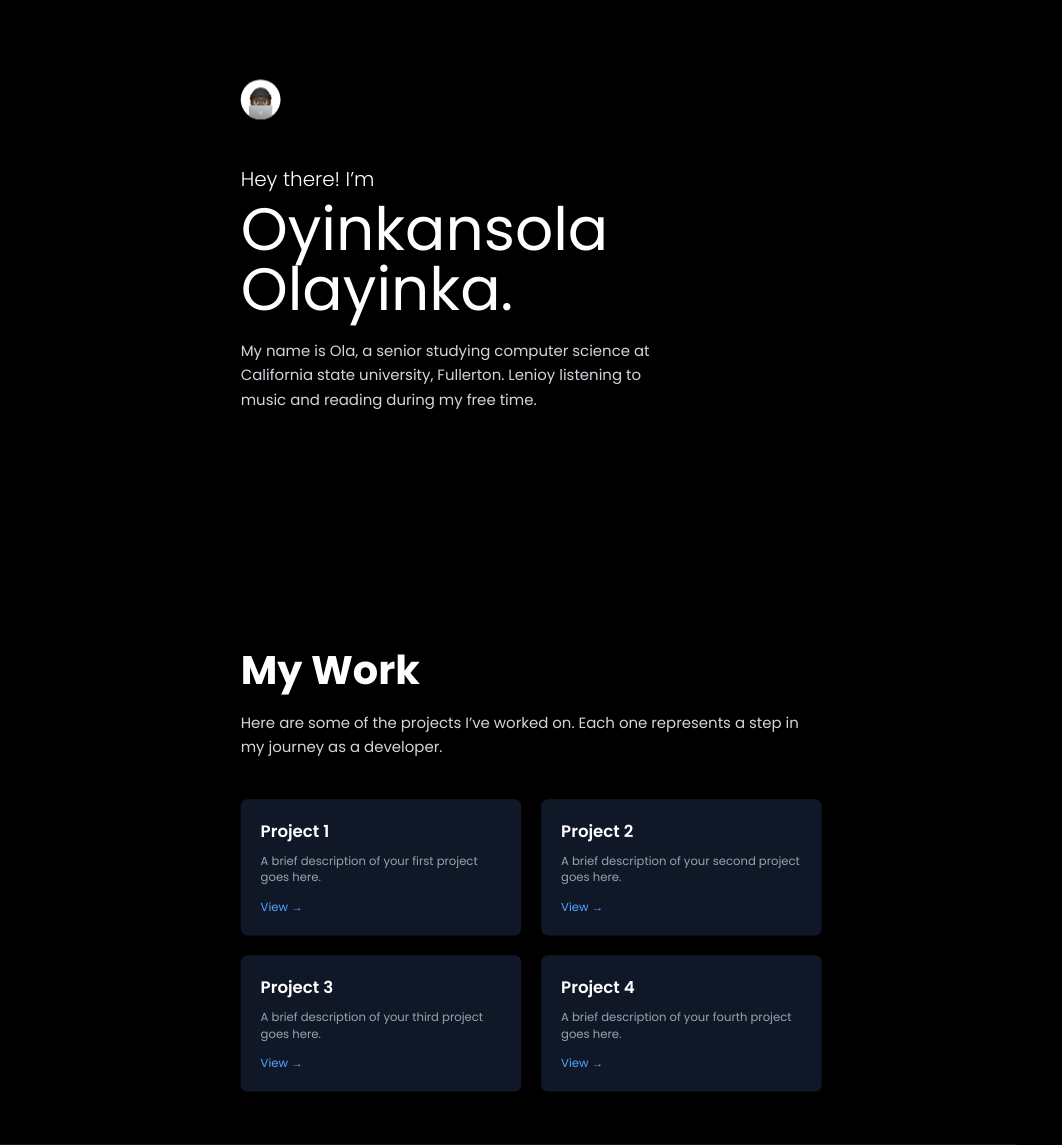
Repository: olasores/olasores-portfolio
Page: /
An editor plug-in stored every save of this project. The page is shown before and after the next save, followed by the edit.
The browser window is 1280 px wide. The pictures show the whole page, at 83% of full size.
The project was rebuilt for these pictures with package versions that can differ from the ones it lists, and the page was loaded fresh each time. The framework's server and built-in components were replaced by stand-ins that run in the browser. Also part of the build but not shown: next.config.ts.

Above is the page before, as saved 2025-11-11 12:46:16.

### app/layout.tsx
import type { Metadata } from "next";
import { Poppins } from "next/font/google";
import "./globals.css";
import Navbar from "./components/Navbar";

const poppins = Poppins({
  variable: "--font-poppins",
  weight: ["300", "400", "500", "600", "700"],
  subsets: ["latin"],
});

export const metadata: Metadata = {
  title: "Create Next App",
  description: "Generated by create next app",
};

export default function RootLayout({
  children,
}: Readonly<{
  children: React.ReactNode;
}>) {
  return (
    <html lang="en">
      <body
        className={`${poppins.variable} antialiased`}
      >
        <Navbar />
        {children}
      </body>
    </html>
  );
}

### app/page.tsx
import HomeSection from "./components/HomeSection";
import Portfolio from "./components/Portfolio";

export default function Home() {
  return (
    <div className="flex flex-col bg-black">
      <HomeSection />
      <Portfolio />
    </div>
  );
}

### app/globals.css
@import "tailwindcss";

* {
  font-family: 'Poppins', sans-serif;
}

:root {
  --background: #ffffff;
  --foreground: #171717;
}

@media (prefers-color-scheme: dark) {
  :root {
    --background: #0a0a0a;
    --foreground: #ededed;
  }
}

body {
  background: var(--background);
  color: var(--foreground);
}

### app/components/Navbar.tsx
export default function Navbar() {
    return (
        <nav className="fixed top-20 left-0 right-0 bg-black/80 backdrop-blur-sm px-6 py-4 z-50 flex justify-center">
            <div className="max-w-[700px] w-full flex items-center justify-between">
                {/* Logo */}
                <div className="relative w-12 h-12 rounded-full bg-white overflow-hidden flex items-center justify-center">
                    <img
                        src="/assets/olaimg2.webp"
                        alt="Oyinkansola Olayinka Logo"
                        className="w-full h-full object-cover"
                    />
                </div>

                {/* Links */}
                {/* <div className="flex gap-8 text-white">
                    <a href="#" className="hover:text-gray-400 transition">
                        Github ↗
                    </a>
                    <a href="#" className="hover:text-gray-400 transition">
                        linkedin ↗
                    </a>
                    <a href="#" className="hover:text-gray-400 transition">
                        Resume ↗
                    </a>
                </div> */}
            </div>
        </nav>
    );
}

### app/components/HomeSection.tsx


export default function HomeSection() {
    return (
        <div className="flex min-h-screen justify-center bg-black font-sans dark:bg-black px-6 py-5 pt-50">
            <div className="max-w-[700px] w-full flex flex-col gap-12">
                {/* Text content */}
                <div className="flex flex-col gap-6 items-center md:items-start">
                    <div>
                        <h2 className="text-xl md:text-2xl font-light text-white mb-2">
                            Hey there! I&rsquo;m
                        </h2>
                        <h1 className="text-5xl md:text-7xl  text-white">
                            Oyinkansola Olayinka.
                        </h1>
                    </div>

                    <p className="text-base md:text-lg text-gray-300 leading-relaxed max-w-lg">
                        My name is Ola, a senior studying computer science at California state university, Fullerton. Lenioy listening to music and reading during my free time.
                    </p>

                    {/* Links */}
                    {/* <div className="flex gap-6 text-lg md:text-xl text-white">
                        <a href="#" className="hover:text-gray-400 transition">
                            Github ↗
                        </a>
                        <a href="#" className="hover:text-gray-400 transition">
                            linkedin ↗
                        </a>
                        <a href="#" className="hover:text-gray-400 transition">
                            Resume ↗
                        </a>
                    </div> */}
                </div>
            </div>
        </div>
    );
}

### app/components/Portfolio.tsx
export default function Portfolio() {
    return (
        <div className="flex justify-center bg-black font-sans dark:bg-black px-6 py-16">
            <div className="max-w-[700px] w-full flex flex-col gap-12">
                {/* Section Title */}
                <div className="flex flex-col gap-6">
                    <h2 className="text-4xl md:text-5xl font-bold text-white">
                        My Work
                    </h2>
                    <p className="text-base md:text-lg text-gray-300 leading-relaxed">
                        Here are some of the projects I&rsquo;ve worked on. Each one represents a step in my journey as a developer.
                    </p>
                </div>

                {/* Projects Grid */}
                <div className="grid grid-cols-1 md:grid-cols-2 gap-6">
                    {/* Project Card 1 */}
                    <div className="bg-gray-900 rounded-lg p-6 hover:bg-gray-800 transition">
                        <h3 className="text-xl font-semibold text-white mb-3">
                            Project 1
                        </h3>
                        <p className="text-gray-400 text-sm mb-4">
                            A brief description of your first project goes here.
                        </p>
                        <div className="flex gap-2">
                            <a href="#" className="text-blue-400 hover:text-blue-300 text-sm">
                                View →
                            </a>
                        </div>
                    </div>

                    {/* Project Card 2 */}
                    <div className="bg-gray-900 rounded-lg p-6 hover:bg-gray-800 transition">
                        <h3 className="text-xl font-semibold text-white mb-3">
                            Project 2
                        </h3>
                        <p className="text-gray-400 text-sm mb-4">
                            A brief description of your second project goes here.
                        </p>
                        <div className="flex gap-2">
                            <a href="#" className="text-blue-400 hover:text-blue-300 text-sm">
                                View →
                            </a>
                        </div>
                    </div>

                    {/* Project Card 3 */}
                    <div className="bg-gray-900 rounded-lg p-6 hover:bg-gray-800 transition">
                        <h3 className="text-xl font-semibold text-white mb-3">
                            Project 3
                        </h3>
                        <p className="text-gray-400 text-sm mb-4">
                            A brief description of your third project goes here.
                        </p>
                        <div className="flex gap-2">
                            <a href="#" className="text-blue-400 hover:text-blue-300 text-sm">
                                View →
                            </a>
                        </div>
                    </div>

                    {/* Project Card 4 */}
                    <div className="bg-gray-900 rounded-lg p-6 hover:bg-gray-800 transition">
                        <h3 className="text-xl font-semibold text-white mb-3">
                            Project 4
                        </h3>
                        <p className="text-gray-400 text-sm mb-4">
                            A brief description of your fourth project goes here.
                        </p>
                        <div className="flex gap-2">
                            <a href="#" className="text-blue-400 hover:text-blue-300 text-sm">
                                View →
                            </a>
                        </div>
                    </div>
                </div>
            </div>
        </div>
    );
}

After the next save:
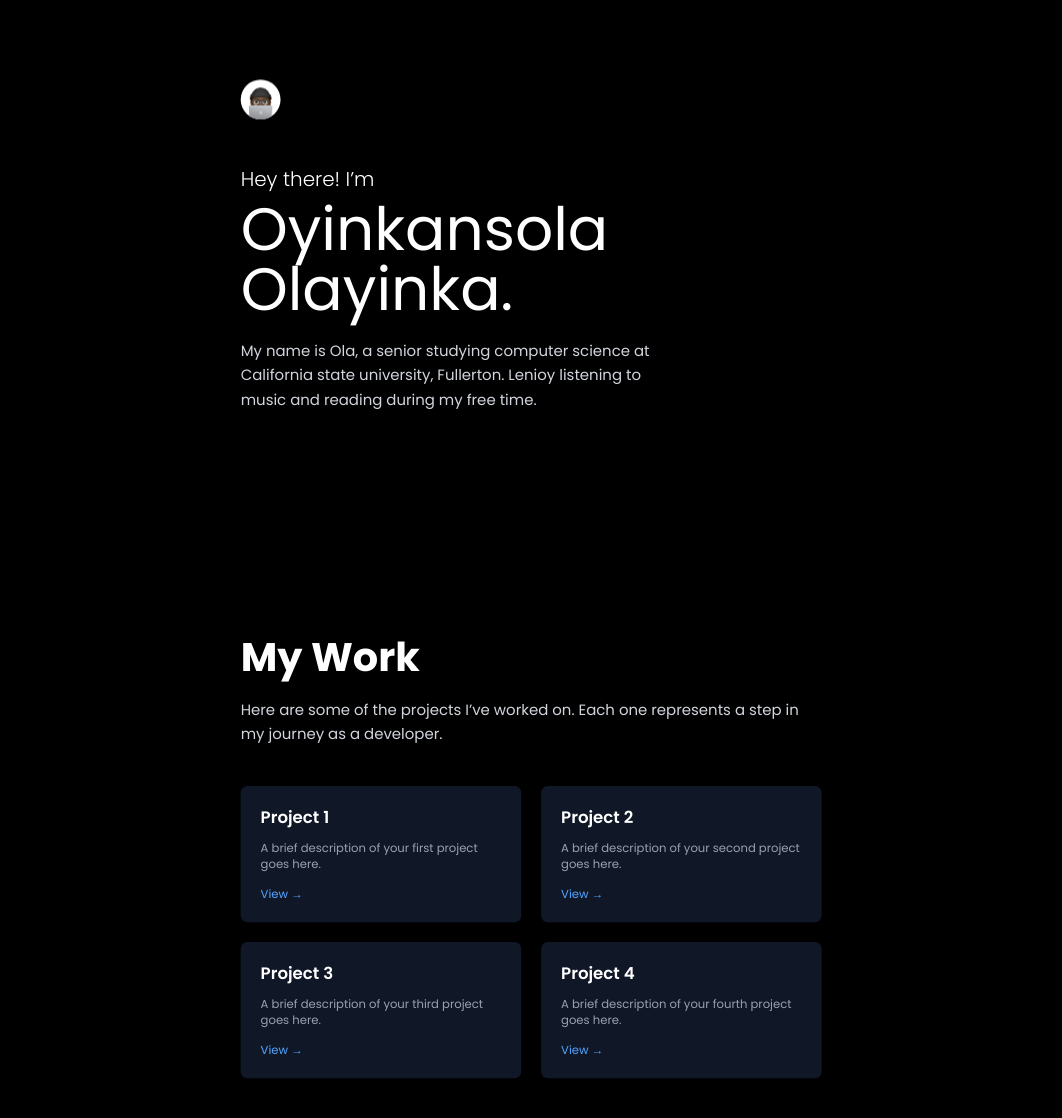
Saved 43 s later.
--- a/app/components/Portfolio.tsx
+++ b/app/components/Portfolio.tsx
@@ -1,6 +1,6 @@
 export default function Portfolio() {
     return (
-        <div className="flex justify-center bg-black font-sans dark:bg-black px-6 py-16">
+        <div className="flex justify-center bg-black font-sans dark:bg-black px-6 py-12">
             <div className="max-w-[700px] w-full flex flex-col gap-12">
                 {/* Section Title */}
                 <div className="flex flex-col gap-6">
